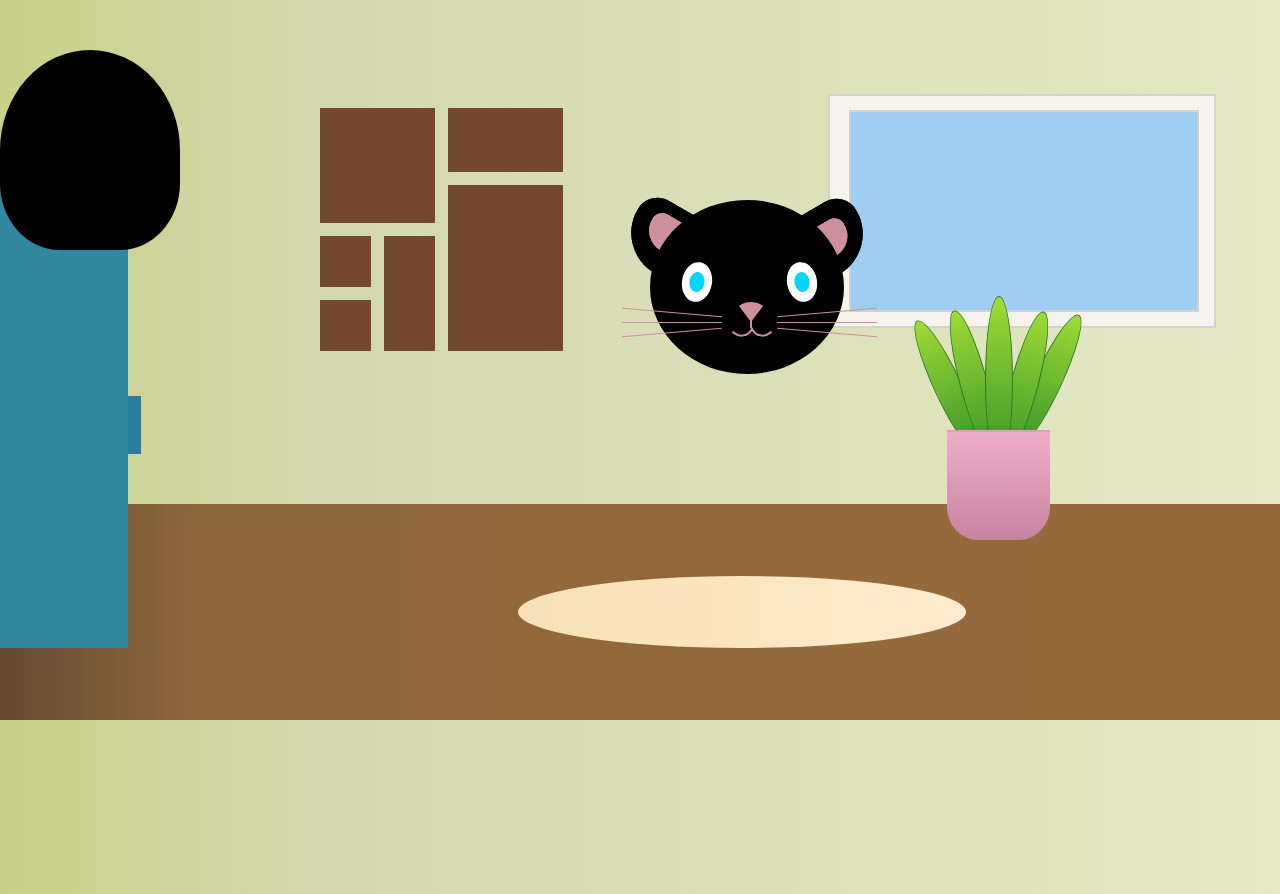
Repository: SandyLy453/COMP-2170-team-project
Page: index.html
An editor plug-in stored every save of this project. The page is shown before and after the next save, followed by the edit.
The browser window is 1280 px wide. The pictures show the whole page.

Above is the page before, as saved 2024-05-03 13:49:28.

After the next save:
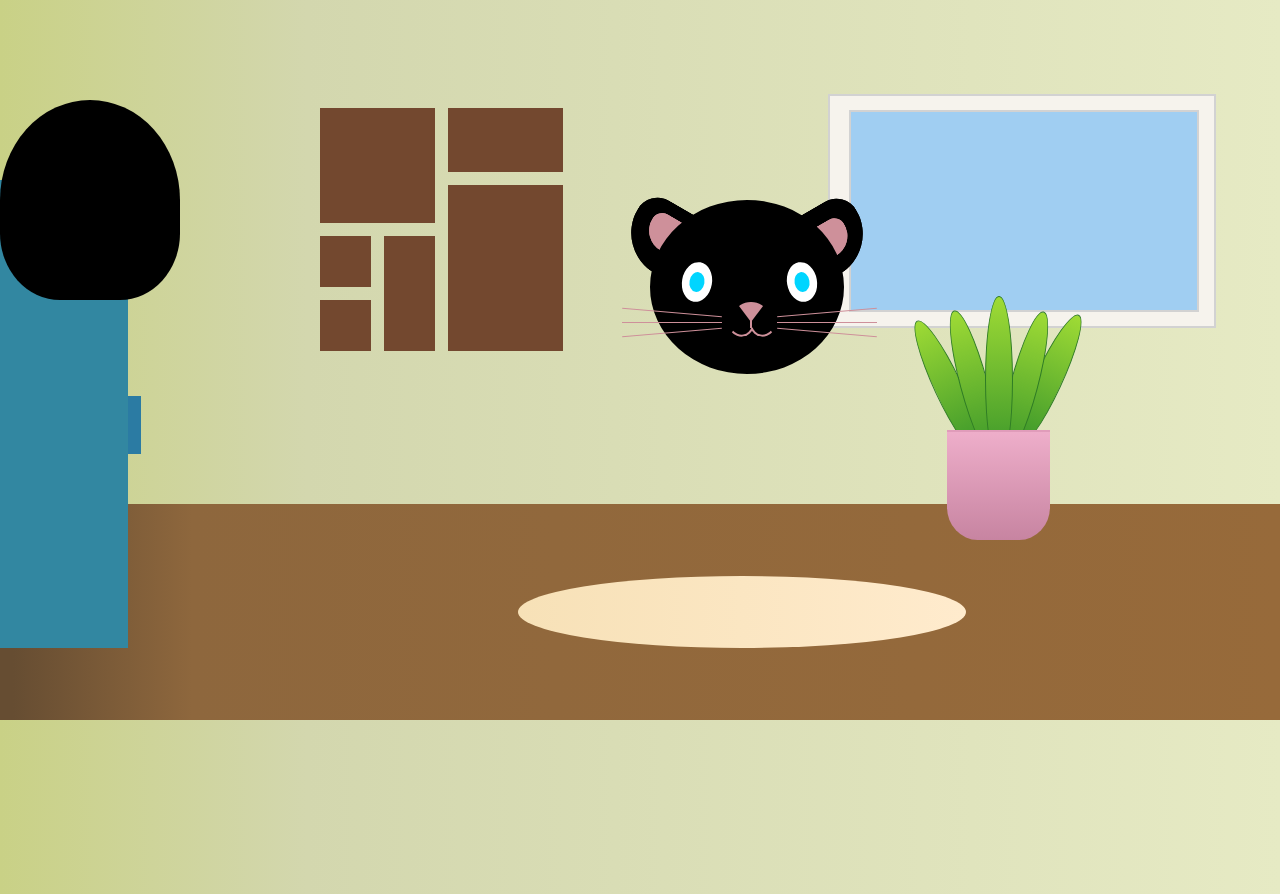
Saved 6 s later.
--- a/styles.css
+++ b/styles.css
@@ -448,7 +448,7 @@ body {
     position: absolute;
     width: 180px;
     height: 200px;
-    top: 50px;
+    top: 100px;
     background-color: black;
     border-top-left-radius: 90%;
     border-top-right-radius: 90%;
